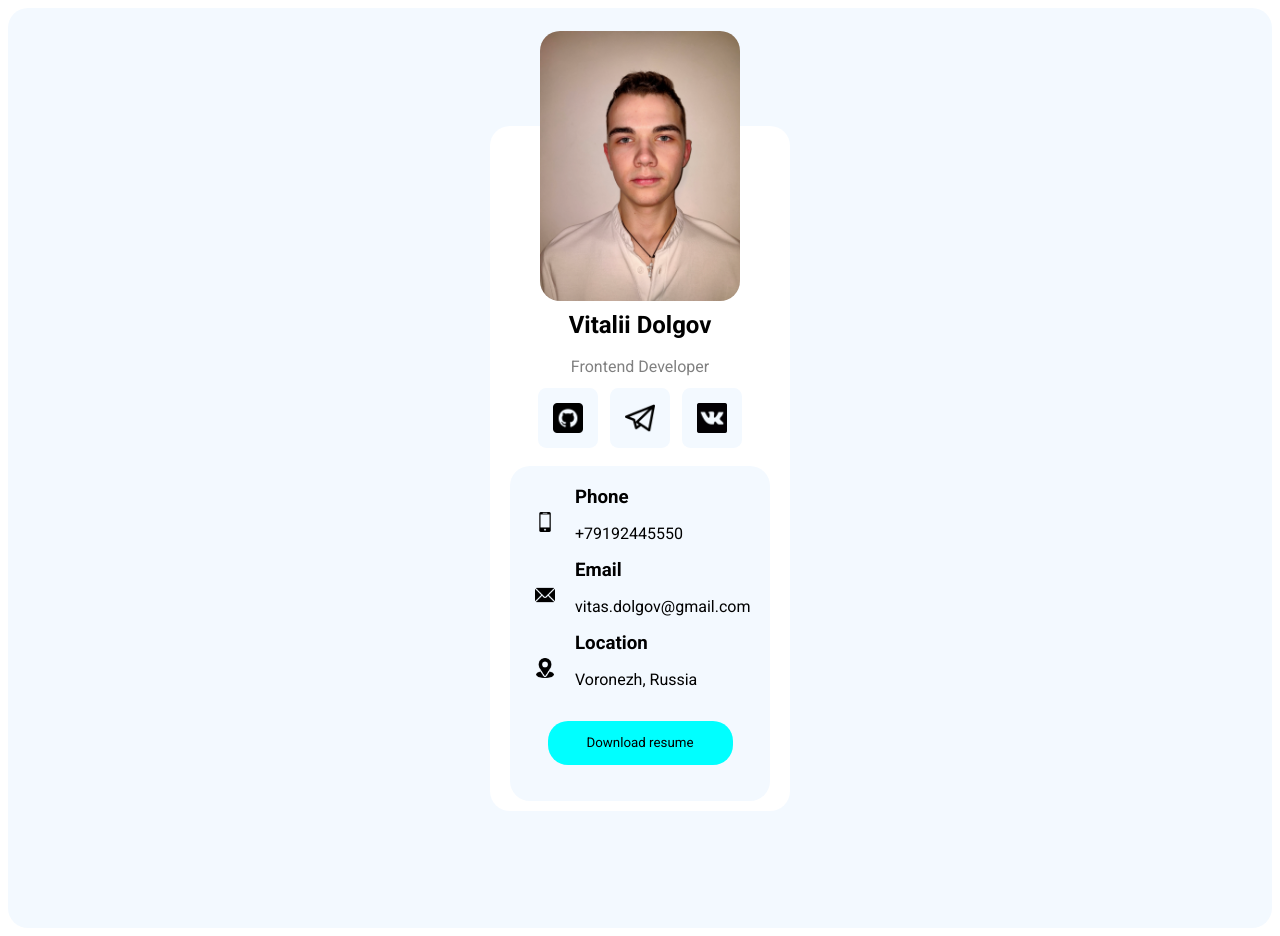
Repository: VitasYo/User_card
Page: src/index.html
These files come from the project's save history. The page is drawn as it stood at one moment and after a run of saves; the edit follows.
The browser window is 1280 px wide. The pictures show the whole page.

Above is the page before, as saved 2024-04-10 00:04:48.

After the next 3 saves:
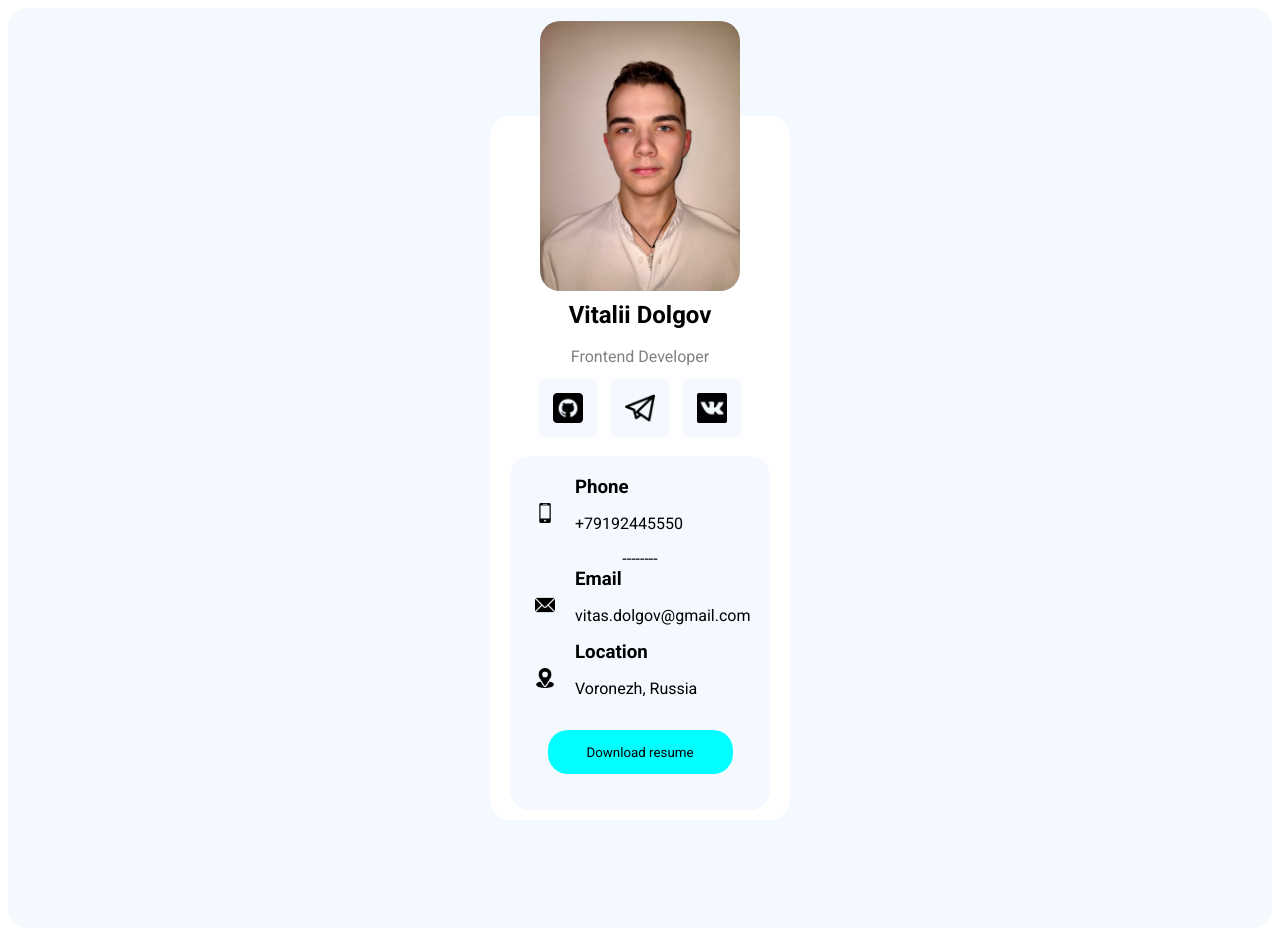
The 3 saves are shown as one change because they came seconds apart.
The last was saved 20 s later.
--- a/src/index.html
+++ b/src/index.html
@@ -34,7 +34,7 @@
               <div><p>+79192445550</p></div>
             </div>
           </div>
-          <div class=""></div>
+          <div class="stripe">--------</div>
           <div class="items_string">
             <img class="card_icon" src="../assets/img/email.png" />
             <div class="card_info">
